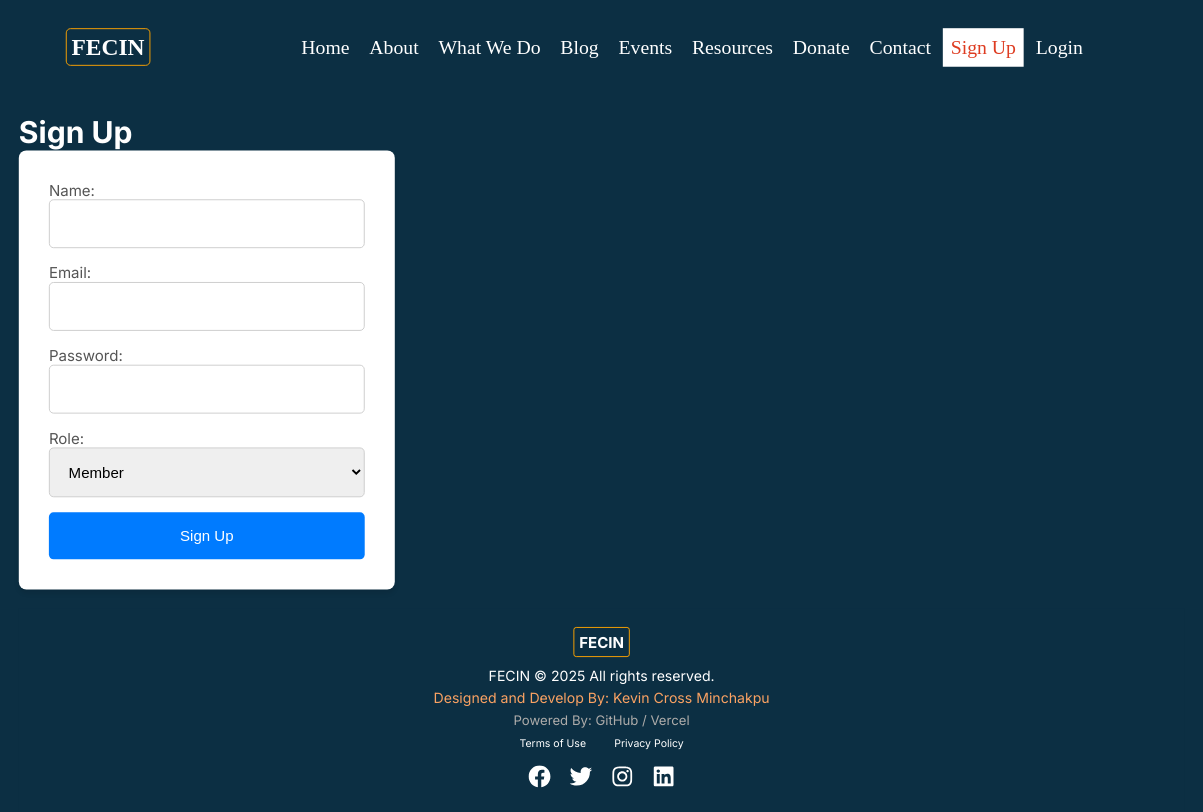
Repository: KCMinchakpu/fecin-projectgs497
Page: /signup
The author's editor kept a copy of each file at every save. The page is drawn from the files as they stood at one save, then again after the next save.
The browser window is 1280 px wide. The pictures show the whole page, at 94% of full size.
The page's requests for data from a server got no answer. The project was rebuilt for these pictures with package versions that can differ from the ones it lists, and the page was loaded fresh each time. Some packages were replaced by stand-ins written for this rebuild. The framework's server and built-in components were replaced by stand-ins that run in the browser. No one was signed in, and anything a server would have sent is missing. Queries for data that is not in the repository find no rows. Also part of the build but not shown: next.config.mjs.

Above is the page before, as saved 2025-04-12 17:50:19.

After the next save:
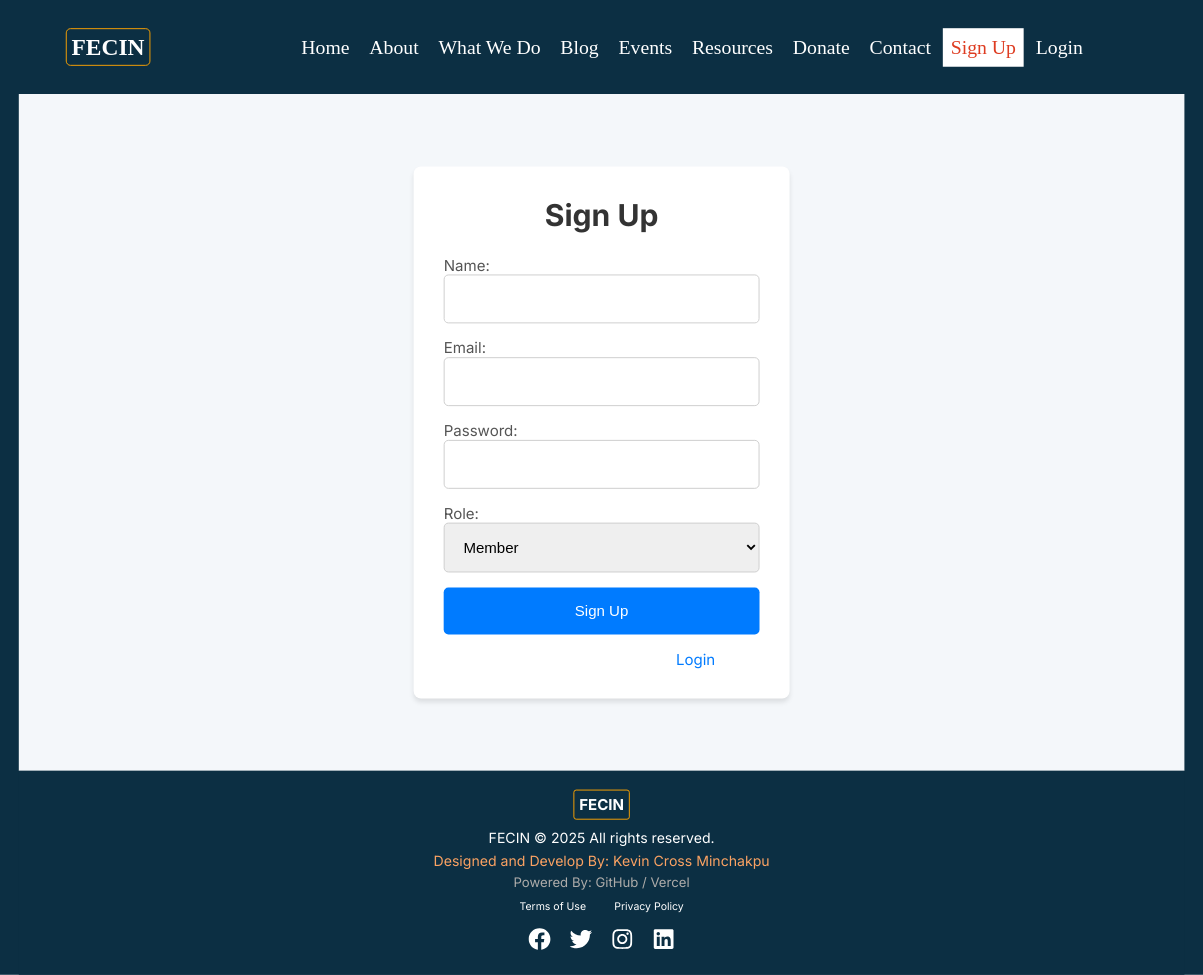
Saved 21 s later.
--- a/src/app/signup/page.jsx
+++ b/src/app/signup/page.jsx
@@ -2,13 +2,13 @@
 
 import { useState } from 'react';
 import { useRouter } from 'next/navigation';
-import styles from './signup.module.css';
+import styles from './signup.module.css'; // Assuming you have a CSS module for styling
 
 export default function SignupPage() {
   const [name, setName] = useState('');
   const [email, setEmail] = useState('');
   const [password, setPassword] = useState('');
-  const [role, setRole] = useState('member');
+  const [role, setRole] = useState('member'); // Default role is 'member'
   const [error, setError] = useState(null);
   const router = useRouter();
 
@@ -24,18 +24,19 @@ export default function SignupPage() {
     const data = await response.json();
 
     if (response.ok) {
-      router.push('/login');
+      router.push('/login'); // Redirect after successful signup
     } else {
-      setError(data.message);
+      setError(data.message); // Display error message
     }
   };
 
   return (
-    <div className={styles.signupContainer}>
-      <h1 className={styles.heading}>Sign Up</h1>
-      {error && <p className={styles.error}>{error}</p>}
+    <div className={styles['signup-container']}>
       <form onSubmit={handleSubmit} className={styles.form}>
-        <div className={styles.formGroup}>
+        <h2 className={styles.title}>Sign Up</h2>
+        {error && <p className={styles.error}>{error}</p>}
+
+        <div>
           <label htmlFor="name" className={styles.label}>Name:</label>
           <input
             type="text"
@@ -47,7 +48,7 @@ export default function SignupPage() {
           />
         </div>
 
-        <div className={styles.formGroup}>
+        <div>
           <label htmlFor="email" className={styles.label}>Email:</label>
           <input
             type="email"
@@ -59,7 +60,7 @@ export default function SignupPage() {
           />
         </div>
 
-        <div className={styles.formGroup}>
+        <div>
           <label htmlFor="password" className={styles.label}>Password:</label>
           <input
             type="password"
@@ -71,13 +72,14 @@ export default function SignupPage() {
           />
         </div>
 
-        <div className={styles.formGroup}>
+        {/* Role selection */}
+        <div>
           <label htmlFor="role" className={styles.label}>Role:</label>
           <select
             id="role"
             value={role}
             onChange={(e) => setRole(e.target.value)}
-            className={styles.input}
+            className={styles.select}
           >
             <option value="member">Member</option>
             <option value="editor">Editor</option>
@@ -86,6 +88,10 @@ export default function SignupPage() {
         </div>
 
         <button type="submit" className={styles.button}>Sign Up</button>
+
+        <div className={styles.link}>
+          <span>Already have an account? <a href="/login">Login</a></span>
+        </div>
       </form>
     </div>
   );
